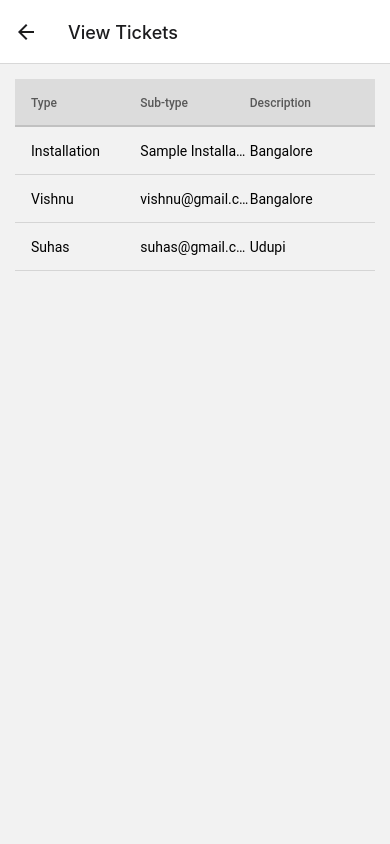
Repository: VishnuJG/Metro-Employee-App
Screen: /View Tickets
These files come from the project's save history. The screen is drawn as it stood at one moment and after a run of saves; the edit follows.
The app was drawn by React Native's web renderer in a window 390 px wide. The project was rebuilt for these pictures with package versions that can differ from the ones it lists, and the page was loaded fresh each time. Also part of the build but not shown: components/Task.js, components/EmployeeForm.js.

Above is the screen before, as saved 2022-06-30 16:02:39.

### App.js
import { StatusBar } from 'expo-status-bar';
import React, { useState,useEffect } from "react";
import { StyleSheet, Text, View, TextInput, Button, Alert} from 'react-native';
import { useDimensions } from '@react-native-community/hooks';
import Task from './components/Task';
import { NavigationContainer } from '@react-navigation/native';
import { createNativeStackNavigator } from '@react-navigation/native-stack';
import EmployeeForm from './components/EmployeeForm';
import Home from './components/Home';
import EmployeeTable from './components/EmployeeTable';

const Stack = createNativeStackNavigator();

export default function App() {

  return (
    <NavigationContainer>
      <Stack.Navigator>
        <Stack.Screen
          name="Home"
          component={Home}
          options={{ title: 'Home' }}
        />
        <Stack.Screen name="Add Ticket" component={EmployeeForm} />
        <Stack.Screen name="View Tickets" component={EmployeeTable} />
      </Stack.Navigator>
    </NavigationContainer>
  );

}

### components/Home.js
import { StatusBar } from 'expo-status-bar';
import { StyleSheet, Text,Button, View } from 'react-native';

export default function Home({ navigation }) {
  return (
    <View style={styles.container}>

        <View style={styles.button}>
          <Button title="Add Employee"
              onPress={() =>
                  navigation.navigate('Add Ticket')
              }
          />
        </View>

        <View style={styles.button}>
          <Button title="View Employees"
              onPress={() =>
                  navigation.navigate('View Tickets')
              }
          />
        </View>

    </View>
  );
}

const styles = StyleSheet.create({
  container: {
    flex: 1,
    backgroundColor: '#fff',
    alignItems: 'center',
    justifyContent: 'center',
  },
  button:{
    margin:20
  }
});

### components/EmployeeTable.js
import React from 'react';
import { StyleSheet,Alert } from 'react-native';
import { DataTable } from 'react-native-paper';

const employees = [
    {
        name:'Installation',
        email:'Sample Installation',
        location:'Bangalore'
    },
    {
        name:'Vishnu',
        email:'vishnu@gmail.com',
        location:'Bangalore'
    },
    {
        name:'Suhas',
        email:'suhas@gmail.com',
        location:'Udupi'
    },

]

const EmployeeTable = () => {
return (
	<DataTable style={styles.container}>

	<DataTable.Header style={styles.tableHeader}>
		<DataTable.Title>Type</DataTable.Title>
		<DataTable.Title>Sub-type</DataTable.Title>
		<DataTable.Title>Description</DataTable.Title>
	</DataTable.Header>

    {
        employees.map(emp => {
            return(
                <DataTable.Row key={emp.email} onPress={()=>{Alert.alert('Employee Data', `Ticket Type : ${emp.name}\nTicket Sub-type : ${emp.email}\nTicket Description : ${emp.location}`)}}>
                    <DataTable.Cell>{emp.name}</DataTable.Cell>
                    <DataTable.Cell>{emp.email}</DataTable.Cell>
                    <DataTable.Cell>{emp.location}</DataTable.Cell>
                </DataTable.Row>
            )
        })
    }

	</DataTable>
);
};

export default EmployeeTable;

const styles = StyleSheet.create({
container: {
	padding: 15,
},
tableHeader: {
	backgroundColor: '#DCDCDC',
},
});

After the next 2 saves:
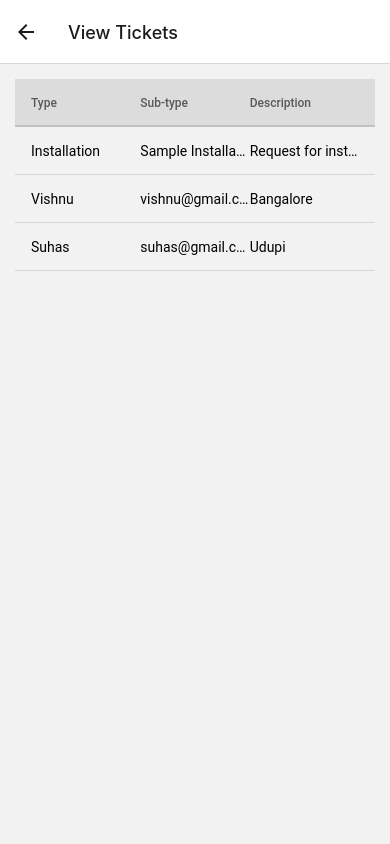
The 2 saves are shown as one change because they came seconds apart.
The last was saved 15 s later.
--- a/components/EmployeeTable.js
+++ b/components/EmployeeTable.js
@@ -6,7 +6,7 @@ const employees = [
     {
         name:'Installation',
         email:'Sample Installation',
-        location:'Bangalore'
+        location:'Request for installation of the sample bot'
     },
     {
         name:'Vishnu',
